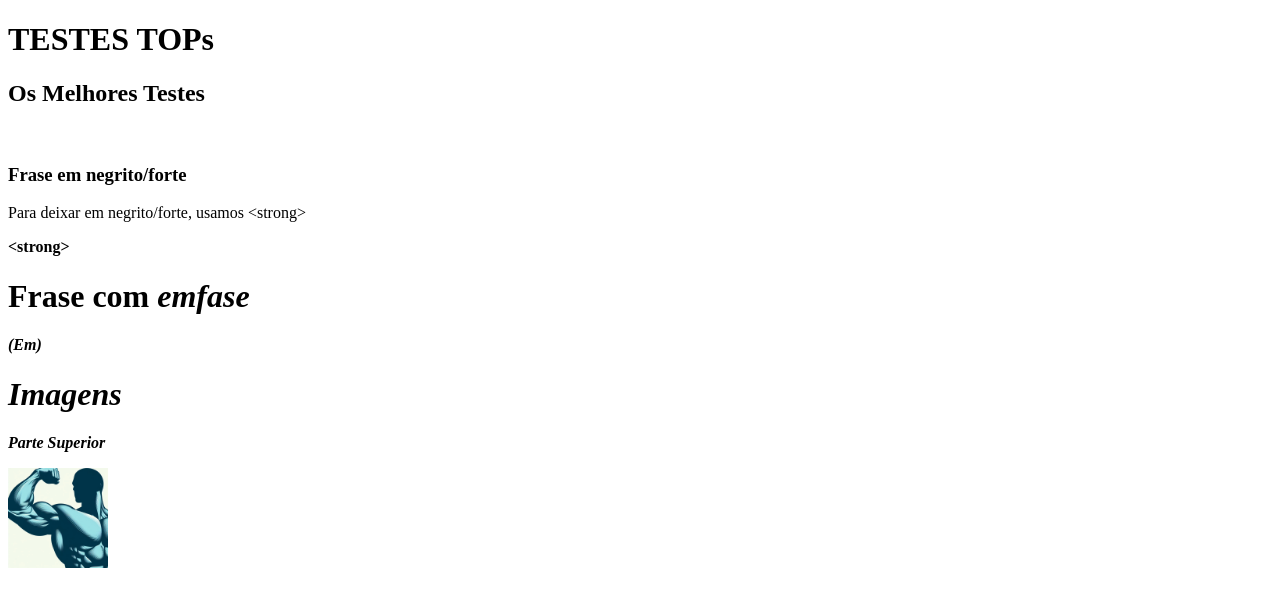
Repository: LuidyOn/Site_Forca_Total
Page: ForçaTotal/teste.html
An editor plug-in stored every save of this project. The page is shown before and after the next save, followed by the edit.
The browser window is 1280 px wide. The pictures show the whole page.

Above is the page before, as saved 2025-05-14 14:03:31.

### ForçaTotal/teste.html
<!DOCTYPE html>
<html lang="pt-br">
<head>
  <meta charset="UTF-8">
  <meta name="viewport" content="width=device-width, initial-scale=1.0">
  <link rel="shortcut icon" href="img/icons/logo.ico" type="image/x-icon">
  <title>Testes Força total</title>
</head>
<body>
<h1>TESTES TOPs</h1>
  <h2>Os Melhores Testes</h2>
  <p><br></p>
    <h3>Frase em <strong>negrito/forte</strong></h3>
    <p>Para deixar em negrito/forte, usamos &lt;strong&gt; </p>
    <p><strong>&lt;strong&gt;</p>

<H1>Frase com <em>emfase</em> </h1> <p> <em>(Em)<em> </p>

  <h1>Imagens</h1>
  <p>Parte Superior</p>
<img src="img/parteSerior.png" alt="parte superior" style= "width: 100px; height: 100px;">
</body>
</html>

After the next save:
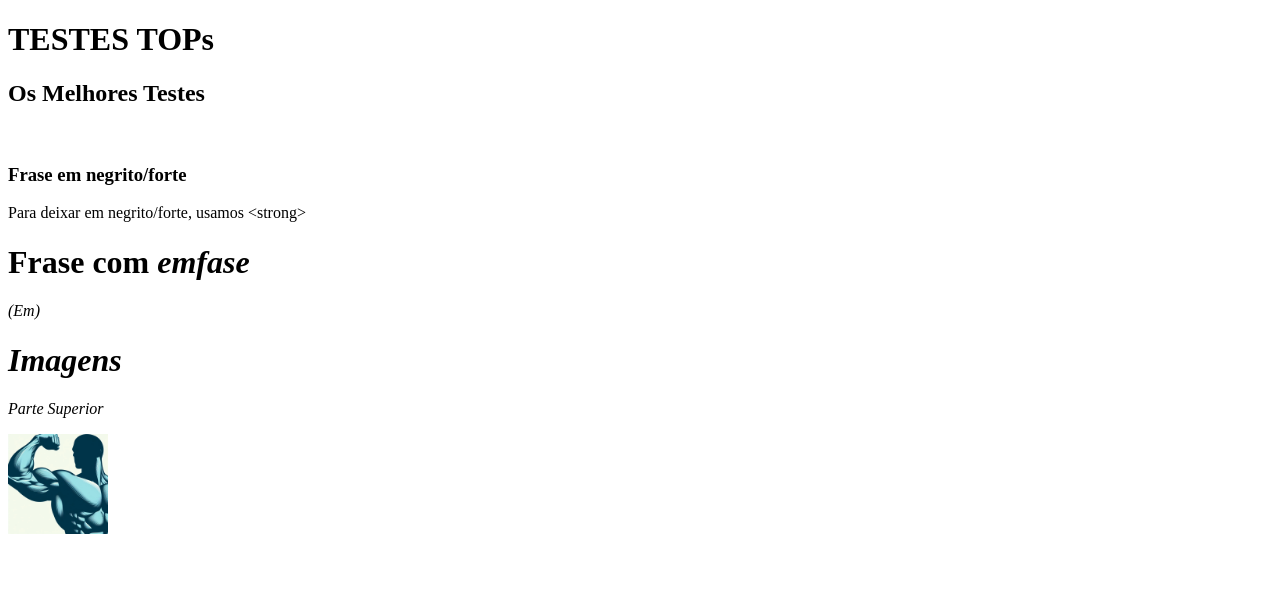
Saved 5 s later.
--- a/ForçaTotal/teste.html
+++ b/ForçaTotal/teste.html
@@ -12,7 +12,6 @@
   <p><br></p>
     <h3>Frase em <strong>negrito/forte</strong></h3>
     <p>Para deixar em negrito/forte, usamos &lt;strong&gt; </p>
-    <p><strong>&lt;strong&gt;</p>
 
 <H1>Frase com <em>emfase</em> </h1> <p> <em>(Em)<em> </p>
 
